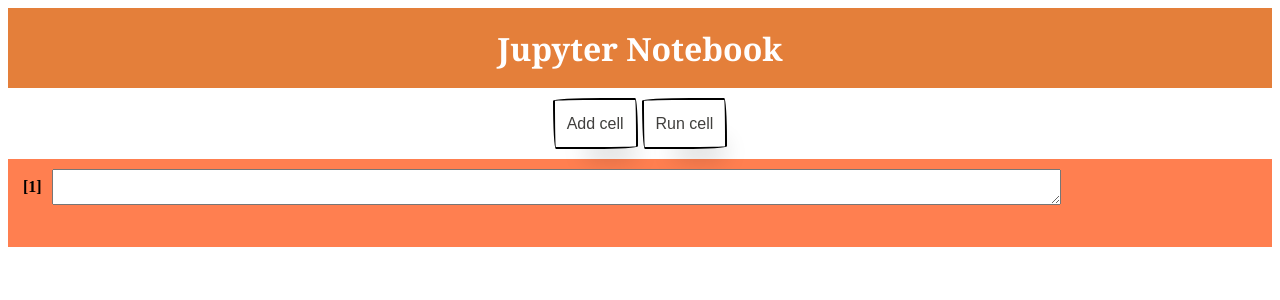
Repository: lingzi-liu/jupyter_notebook_prototype
Page: http://localhost/
The author's editor kept a copy of each file at every save. The page is drawn from the files as they stood at one save, then again after the next save.
The browser window is 1280 px wide. The pictures show the whole page.
The page is served by the project's application, run on Flask 3 (app.py).

Above is the page before, as saved 2022-11-13 03:14:53.

### templates/index.html
<!DOCTYPE html>
<html lang="en">

<head>
    <meta charset="UTF-8">
    <meta http-equiv="X-UA-Compatible" content="IE=edge">
    <meta name="viewport" content="width=device-width, initial-scale=1.0">
    <link rel="stylesheet" href="../static/styles/style.css">
    <script defer src="../static/scripts/command_handler.js"></script>
    <script defer src="../static/scripts/script.js"></script>
    <title>Jupter Notebook</title>
</head>

<body>
    <!-- Navigation Bar -->
    <div id="nav">
        <h1>Jupyter Notebook</h1>
    </div>
    <!-- Button Bar -->
    <div id="commands">
        <div class="text-center">
            <!-- Add Cell allows you to add new code cells -->
            <!--Triggering a function addCell() when clicked -->
            <button id="addCellButton" onclick="addCell()">Add cell</button>
            <!-- Run Cell allows you to run the code in a selected cell -->
            <!--Triggering a function runCell() when clicked -->
            <button id="runCellButton" onclick="runCell()" id="run">Run cell</button>
        </div>
    </div>
    <!-- Cell list -->
    <div id="cell-list">
        <!-- Each cell is in separate division -->
        <!-- When clicked, the current cell should become the selected cell by triggering the function selectedCell(this) -->
        <div class="cell" id="1" onclick="selecteCell(this)">
            <h4>[1]</h4>
            <textarea onkeyup="do_resize(this);"></textarea>

            <!--a paragraph component below the cell box for the error message or result, if there is one
            -->
            <p></p>
        </div>
    </div>
</body>

</html>

### app.py
# Step1
from flask import Flask, request, render_template

from contextlib import redirect_stdout
import io
import ast # stands for abstract syntax tree

app = Flask(__name__)

# Step 3: Create a function evaluate_code(code) that takes in a string and returns the output
def evaluate_code(code):
    # Step2: Parse the input code
    parsed = ast.parse(code)


    # Context manager for temporarily redirecting sys.stdout to another file or file-like object.
    with redirect_stdout(io.StringIO()) as f:
        try:
            #
            for input in parsed.body:
                if type(input) == ast.Expr:
                    # eval() allows you to evaluate arbitrary Python expressions from a string-based or compiled-code-based input.
                    # diff: eval() only execute or evaluate expressions
                    result = eval(compile(ast.Expression(input.value), "<string>", "eval"), globals())
                    # show appropiate result
                    if result:
                        print(result)
                else:
                    # exec()can execute any piece of Python code.
                    exec(compile(ast.Module(body=[input], type_ignores=[]), "<string>", "exec"), globals())
        # If there is an exception, in the result print the exception with an error message
        except Exception as e:
            print('Error Occured!')
            print(e.__class__.__name__ + ' : ')
            print(e)


    return f.getvalue()


# Create a default ‘GET’ route for your flask object that directs you to the html page
@app.route('/',methods=['GET'])
def index():
    # Flask template
    # put index.html in templates folder otherwise it will throw a render_template error
    return render_template('index.html')

# Create ‘POST’ route that uses an evaluate function
@app.route('/evaluate', methods=['POST'])
def evaluate():
    # Step2: Extract the command from the json input
    data = request.json
    code = data['command']
    return {'result': evaluate_code(code)}

if __name__== '__main__':
    # set debug to true to see the log and applied changes
    app.run(port=8002, debug = True)

### static/styles/style.css
#nav {
  height: 80px;
  background-color: rgb(228, 127, 58);
  font-weight: bold;
  display: flex;
  align-items: center;
}

#nav h1 {
  margin: auto;
  color: white;
  font-family: Georgia, 'Times New Roman', Times, serif;
  text-align: center;
}

#commands {
  margin: 10px;
  display: flex;
  justify-content: space-around;
}

#commands button {
  align-self: center;
  background-color: #fff;
  background-image: none;
  background-position: 0 90%;
  background-repeat: repeat no-repeat;
  background-size: 4px 3px;
  border-radius: 15px 225px 255px 15px 15px 255px 225px 15px;
  border-style: solid;
  border-width: 2px;
  box-shadow: rgba(0, 0, 0, .2) 15px 28px 25px -18px;
  box-sizing: border-box;
  color: #41403e;
  cursor: pointer;
  display: inline-block;
  font-family: Neucha, sans-serif;
  font-size: 1rem;
  line-height: 23px;
  outline: none;
  padding: .75rem;
  text-decoration: none;
  transition: all 235ms ease-in-out;
  border-bottom-left-radius: 15px 255px;
  border-bottom-right-radius: 225px 15px;
  border-top-left-radius: 255px 15px;
  border-top-right-radius: 15px 225px;
  user-select: none;
  -webkit-user-select: none;
  touch-action: manipulation;
}

#commands button:hover {
  box-shadow: rgba(0, 0, 0, .3) 2px 8px 8px -5px;
  transform: translate3d(0, 2px, 0);
}

#commands button:focus {
  box-shadow: rgba(0, 0, 0, .3) 2px 8px 4px -6px;
}


.cell {
  padding: 10px 5px;
  align-items: center;
  display: flex;
  flex-flow: row wrap;
}

.cell:hover {
  background-color: coral;
}

.cell h4 {
  display: inline-block;
  margin: 0;
  padding: 0 10px;
}

.cell textarea {
  width: 80%;
}

.cell p {
  width: 100%;
  margin-left: 40px;
}

.text-center {
  text-align: center;
}

### static/scripts/command_handler.js
// runCell() takes the code in the cell and outputs the result if there is a result or the error if there is an error
function runCell() {
    // disable the button from being run again until we process the current code
    runButton = document.getElementById('run');
    runButton.disabled = true;

    cellNum = document.getElementById(selectedCellNumber);
    // get text from the textarea
    text = cellNum.children[1].value;

    // Send the text to the python backend as a command
    // get the response from post request
    fetch('/evaluate', {
        method: 'POST',
        headers: {
            'Content-Type': 'application/json'
        },
        body: JSON.stringify({
            command: text
        })
    }).then((response) => response.json()).then((data) => {
        // Insert the response below the respective code cell as a string
        cellNum.children[2].innerText = data.result;

        // enable the button again
        runButton.disabled = false;
    });
}

### static/scripts/script.js
let selectedCellNumber = 1;
let maxCellNumber = 1;

function do_resize(textbox) {

    var maxrows = 50;
    var txt = textbox.value;
    var cols = textbox.cols;

    var arraytxt = txt.split('\n');
    var rows = arraytxt.length;

    for (i = 0; i < arraytxt.length; i++)
        rows += parseInt(arraytxt[i].length / cols);

    if (rows > maxrows) textbox.rows = maxrows;
    else textbox.rows = rows;
}

function selecteCell(cell) {
    if (selectedCellNumber) {
        document.getElementById(selectedCellNumber).style.backgroundColor = "white";
    }
    selectedCellNumber = cell.id;
    document.getElementById(selectedCellNumber).style.backgroundColor = "coral";
    console.log('cell selected: ', selectedCellNumber)
}

// automatically select the first cell
selecteCell(document.getElementById("1"))

function addCell() {
    maxCellNumber++;
    document.getElementById("cell-list").insertAdjacentHTML('beforeend',
        `<div class="cell" id="${maxCellNumber}" onclick="selecteCell(this)">
    <h4>[${maxCellNumber}]</h4>
    <textarea onkeyup="do_resize(this);"></textarea>
    <p></p>
    </div>`);
    selecteCell(document.getElementById(maxCellNumber));
}

After the next save:
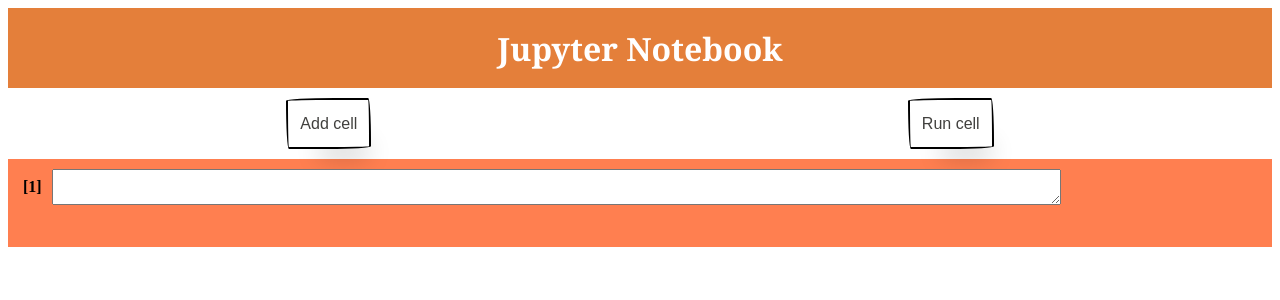
Saved 20 s later.
--- a/templates/index.html
+++ b/templates/index.html
@@ -18,14 +18,12 @@
     </div>
     <!-- Button Bar -->
     <div id="commands">
-        <div class="text-center">
-            <!-- Add Cell allows you to add new code cells -->
-            <!--Triggering a function addCell() when clicked -->
-            <button id="addCellButton" onclick="addCell()">Add cell</button>
-            <!-- Run Cell allows you to run the code in a selected cell -->
-            <!--Triggering a function runCell() when clicked -->
-            <button id="runCellButton" onclick="runCell()" id="run">Run cell</button>
-        </div>
+        <!-- Add Cell allows you to add new code cells -->
+        <!--Triggering a function addCell() when clicked -->
+        <button id="addCellButton" onclick="addCell()">Add cell</button>
+        <!-- Run Cell allows you to run the code in a selected cell -->
+        <!--Triggering a function runCell() when clicked -->
+        <button id="runCellButton" onclick="runCell()" id="run">Run cell</button>
     </div>
     <!-- Cell list -->
     <div id="cell-list">
